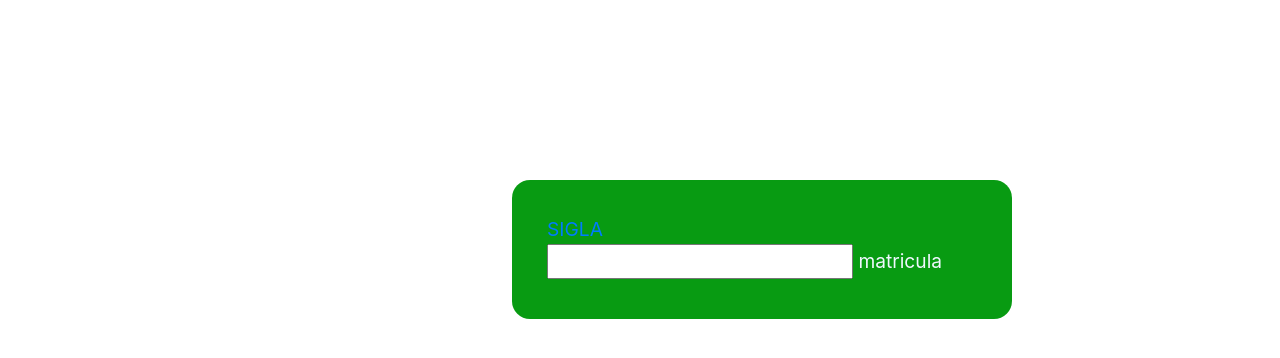
Repository: Melancia06/agenda
Page: index.html
These files come from the project's save history. The page is drawn as it stood at one moment and after a run of saves; the edit follows.
The browser window is 1280 px wide. The pictures show the whole page.

Above is the page before, as saved 2024-08-08 09:32:37.

### index.html
<!DOCTYPE html>
<html lang="en">
<head>
    <meta charset="UTF-8">
    <meta name="viewport" content="width=device-width, initial-scale=1.0">
    <link rel="stylesheet" href="css/bootstrap.css">
    <link rel="stylesheet" href="css/fontawasome.css">
    <link rel="stylesheet" href="css/css.css">
    <title>começando a fazer esboço do sigla</title>
</head>
<body>
    <div class="marca" ><a class="marca-marca" href="#"> SIGLA</a>
        <br>
        <input type="text" name="matricula" id="matricula" class="input" required>
        <label for="matricula">matricula</label>
    </div>
</body>
</html>

### css/css.css
.marca{
    position: absolute;
   background-color:rgb(8, 155, 18);
   left: 40%;
   top: 25%;
    padding: 35px;
    border-radius: 18px;
    color: aliceblue;
 font-size: larger;
 min-width: 300px;
min-width: 500px;

}
.marca-marca:hover{

    background-color:rgb(18, 175, 18);
}

Loaded but not shown: css/bootstrap.css (library); css/fontawasome.css (4616 lines, source omitted)

After the next 2 saves:
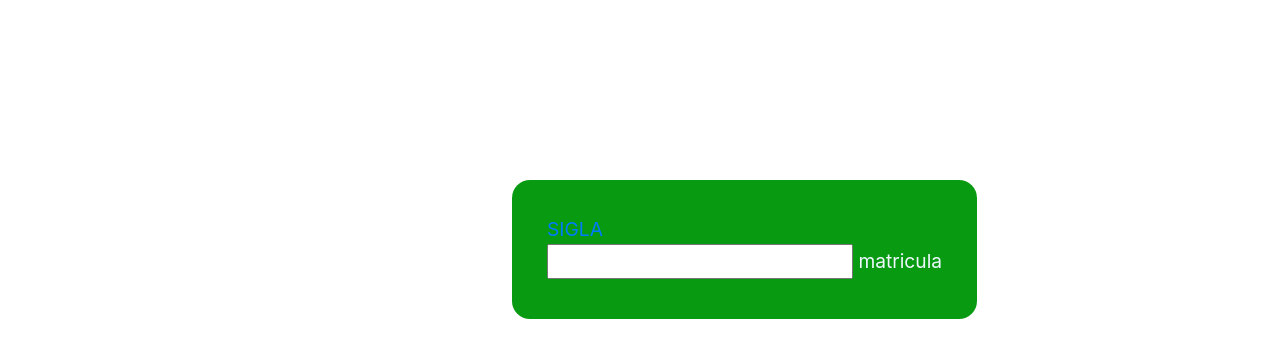
The 2 saves are shown as one change because they came seconds apart.
The last was saved 5 s later.
--- a/css/css.css
+++ b/css/css.css
@@ -7,8 +7,6 @@
     border-radius: 18px;
     color: aliceblue;
  font-size: larger;
- min-width: 300px;
-min-width: 500px;
 
 }
 .marca-marca:hover{
